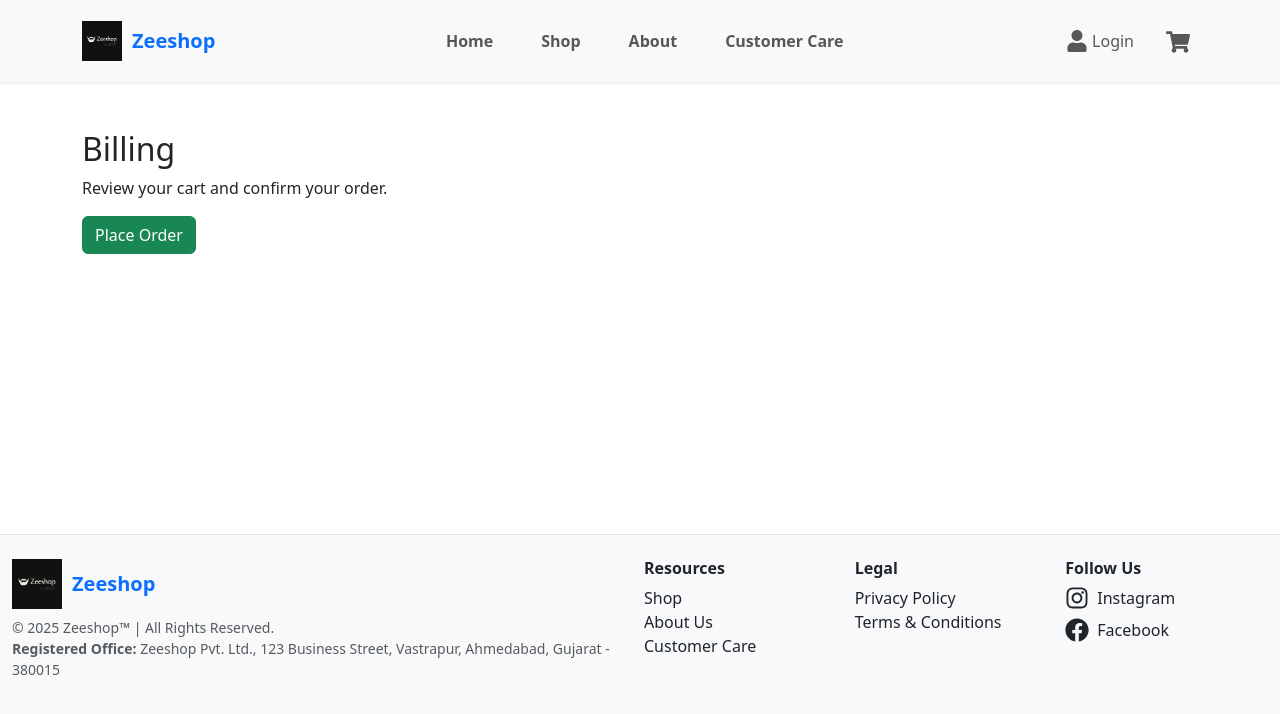
Repository: zeel2306/React-Projects
Page: /billing (app in shop/)
The author's editor kept a copy of each file at every save. The page is drawn from the files as they stood at one save, then again after the next save.
The browser window is 1280 px wide. The pictures show the whole page.
The project was rebuilt for these pictures with package versions that can differ from the ones it lists, and the page was loaded fresh each time. Also part of the build but not shown: shop/src/index.css, shop/src/Components/Login.jsx, shop/src/Components/Slider.jsx, shop/src/Components/Product.jsx, shop/src/Components/About.jsx, shop/src/Components/Customercare.jsx, shop/src/Components/ProductDetail.jsx, shop/src/Components/PrivacyPolicy.jsx and 9 more.

Above is the page before, as saved 2025-08-06 17:38:02.

### shop/src/App.js
// src/App.js
import Footer from './Components/Footer';
import Login from './Components/Login';
import Navbar from './Components/Navbar';
import Slider from './Components/Slider';
import Product from './Components/Product';
import About from './Components/About';
import CustomerCare from './Components/Customercare';
import ProductDetails from './Components/ProductDetail';
import PrivacyPolicy from './Components/PrivacyPolicy';
import TermsAndConditions from './Components/TermsAndConditions';
import StatsSection from "./Components/StatsSection";
import Testimonials from "./Components/Testimonials";
import Cart from './Components/Cart';
import WelcomePopup from "./Components/WelcomePopup";
import Features from './Components/Features';
import Billing from "./Components/Billing";
import AdminDashboard from "./Components/AdminDashboard";
import AdminLogin from "./Components/AdminLogin";
import { AuthProvider } from './Components/AuthContext';
import { CartProvider } from './Components/CartContext';
import { AdminAuthProvider } from './Components/AdminAuthContext';
import { BrowserRouter as Router, Routes, Route } from "react-router-dom";
import BrandSlider from './Components/BrandSlider';

function App() {
  return (
    <AdminAuthProvider>
      <AuthProvider>
        <CartProvider>
          <Router>
            <div className="App d-flex flex-column min-vh-100">
              <Navbar />
              <main className="flex-grow-1 mb-4">
                <Routes>
                  <Route
                    path="/"
                    element={
                      <>
                        <WelcomePopup />
                        <Slider />
                        <StatsSection />
                        <Product />
                        <Features />
                        <Testimonials />
                        <BrandSlider />
                      </>
                    }
                  />
                  <Route path="/shop" element={<Product />} />
                  <Route path="/login" element={<Login />} />
                  <Route path="/cart" element={<Cart />} />
                  <Route path="/about" element={<About />} />
                  <Route path="/customer-care" element={<CustomerCare />} />
                  <Route path="/privacy" element={<PrivacyPolicy />} />
                  <Route path="/product/:id" element={<ProductDetails />} />
                  <Route path="/billing" element={<Billing />} />
                  <Route path="/terms-and-conditions" element={<TermsAndConditions />} />

                  {/* Admin Routes */}
                  <Route path="/admin-login" element={<AdminLogin />} />
                  <Route path="/admin" element={<AdminDashboard />} />
                </Routes>
              </main>
              <Footer />
            </div>
          </Router>
        </CartProvider>
      </AuthProvider>
    </AdminAuthProvider>
  );
}

export default App;

### shop/src/Components/Footer.jsx
import React from "react";
import { Container, Row, Col } from "react-bootstrap";
import { FaFacebook, FaInstagram } from "react-icons/fa";

export default function AppFooter() {
  return (
    <footer className="bg-light text-dark py-4 border-top">
      <Container fluid>
        <Row className="align-items-start gx-2">
          {/* Brand + Address (Wider Column) */}
          <Col md={6} className="mb-3">
            <div className="d-flex align-items-center mb-2">
              <img
                src="/zeeshop-logo.png"
                alt="Zeeshop Logo"
                style={{ height: "50px", width: "50px", marginRight: "10px" }}
              />
              <h5 className="fw-bold text-primary m-0">Zeeshop</h5>
            </div>
            <p className="text-muted small m-0">
              © 2025 Zeeshop™ | All Rights Reserved.
            </p>
            <p className="text-muted small m-0">
              <strong>Registered Office:</strong> Zeeshop Pvt. Ltd., 123 Business Street, Vastrapur, Ahmedabad, Gujarat - 380015
            </p>
          </Col>

          {/* Resources */}
          <Col md={2} className="mb-3">
            <h6 className="fw-bold">Resources</h6>
            <ul className="list-unstyled m-0">
              <li><a href="/" className="text-dark text-decoration-none">Shop</a></li>
              <li><a href="/about" className="text-dark text-decoration-none">About Us</a></li>
              <li><a href="/customer-care" className="text-dark text-decoration-none">Customer Care</a></li>
            </ul>
          </Col>

          {/* Legal */}
          <Col md={2} className="mb-3">
            <h6 className="fw-bold">Legal</h6>
            <ul className="list-unstyled m-0">
              <li><a href="/privacy" className="text-dark text-decoration-none">Privacy Policy</a></li>
              <li><a href="/terms-and-conditions" className="text-dark text-decoration-none">Terms & Conditions</a></li>
            </ul>
          </Col>

          {/* Follow Us */}
          <Col md={2} className="mb-3">
            <h6 className="fw-bold">Follow Us</h6>
            <ul className="list-unstyled m-0">
              <li className="mb-2">
                <a href="https://instagram.com" className="text-dark text-decoration-none d-flex align-items-center">
                  <FaInstagram className="me-2 fs-4" /> <span>Instagram</span>
                </a>
              </li>
              <li>
                <a href="https://facebook.com" className="text-dark text-decoration-none d-flex align-items-center">
                  <FaFacebook className="me-2 fs-4" /> <span>Facebook</span>
                </a>
              </li>
            </ul>
          </Col>


        </Row>
      </Container>
    </footer>
  );
}

### shop/src/Components/Navbar.jsx
import React, { useContext } from "react";
import { Navbar, Nav, Container, Badge } from "react-bootstrap";
import { FaShoppingCart, FaUser } from "react-icons/fa";
import { Link, NavLink, useNavigate } from "react-router-dom";
import { CartContext } from "./CartContext";
import { AuthContext } from "./AuthContext";

export default function AppNavbar() {
  const { cartItems } = useContext(CartContext);
  const { isLoggedIn, user, logout } = useContext(AuthContext);
  const navigate = useNavigate();

  const handleLogout = () => {
    logout();
    navigate("/");
  };

  return (
    <Navbar bg="light" expand="lg" className="shadow-sm py-3">
      <Container>
        {/* Logo (Left) */}
        <Navbar.Brand
          as={Link}
          to="/"
          className="fw-bold text-primary d-flex align-items-center"
        >
          <img
            src="/zeeshop-logo.png"
            alt="Zeeshop Logo"
            style={{ height: "40px", width: "40px", marginRight: "10px" }}
          />
          Zeeshop
        </Navbar.Brand>

        <Navbar.Toggle aria-controls="navbar-nav" />
        <Navbar.Collapse id="navbar-nav">
          <div className="d-flex justify-content-between w-100 align-items-center">
            {/* Center: Nav Links */}
            <Nav className="mx-auto">
              <Nav.Link as={NavLink} to="/" className="mx-3 fw-semibold">
                Home
              </Nav.Link>
              <Nav.Link as={NavLink} to="/shop" className="mx-3 fw-semibold">
                Shop
              </Nav.Link>
              <Nav.Link as={NavLink} to="/about" className="mx-3 fw-semibold">
                About
              </Nav.Link>
              <Nav.Link as={NavLink} to="/customer-care" className="mx-3 fw-semibold">
                Customer Care
              </Nav.Link>
            </Nav>

            {/* Right: User & Cart */}
            <Nav className="d-flex align-items-center">
              {!isLoggedIn ? (
                <Nav.Link
                  as={NavLink}
                  to="/login"
                  className="me-3 d-flex align-items-center"
                >
                  <FaUser size={22} className="me-1" /> Login
                </Nav.Link>
              ) : (
                <>
                  <Nav.Link
                    disabled
                    className="me-3 d-flex align-items-center text-success fw-semibold"
                  >
                    <FaUser size={22} className="me-1" /> Welcome, {user?.name || "User"}
                  </Nav.Link>
                  <Nav.Link
                    onClick={handleLogout}
                    className="me-3 fw-semibold text-danger"
                  >
                    Logout
                  </Nav.Link>
                </>
              )}

              <Nav.Link as={NavLink} to="/cart" className="position-relative">
                <FaShoppingCart size={24} />
                {cartItems.length > 0 && (
                  <Badge
                    bg="danger"
                    pill
                    className="position-absolute top-0 start-100 translate-middle"
                  >
                    {cartItems.length}
                  </Badge>
                )}
              </Nav.Link>
            </Nav>
          </div>
        </Navbar.Collapse>
      </Container>
    </Navbar>
  );
}

### shop/src/Components/Billing.jsx
// src/Components/Billing.jsx
import React, { useContext } from "react";
import { Container, Button } from "react-bootstrap";
import { CartContext } from "./CartContext";
import { useNavigate } from "react-router-dom";

export default function Billing() {
  const { cartItems, clearCart } = useContext(CartContext);
  const navigate = useNavigate();

  const handlePlaceOrder = () => {
    if (cartItems.length === 0) {
      alert("Your cart is empty!");
      return;
    }

    // Get existing orders or empty array
    const existingOrders = JSON.parse(localStorage.getItem("orders")) || [];

    // Create new order
    const newOrder = {
      id: Date.now(),
      items: cartItems,
      date: new Date().toLocaleString(),
      status: "Pending"
    };

    // Save to localStorage
    localStorage.setItem("orders", JSON.stringify([...existingOrders, newOrder]));

    clearCart();
    alert("Order placed successfully!");
    navigate("/");
  };

  return (
    <Container className="py-5">
      <h2>Billing</h2>
      <p>Review your cart and confirm your order.</p>
      <Button variant="success" onClick={handlePlaceOrder}>
        Place Order
      </Button>
    </Container>
  );
}

### shop/src/Components/AuthContext.jsx
// src/Components/AuthContext.jsx
import React, { createContext, useState, useEffect } from "react";

export const AuthContext = createContext();

export function AuthProvider({ children }) {
  const [isLoggedIn, setIsLoggedIn] = useState(false);
  const [user, setUser] = useState(null); // <-- store user info

  useEffect(() => {
    const storedLogin = localStorage.getItem("isLoggedIn");
    const storedUser = localStorage.getItem("user");
    if (storedLogin === "true") {
      setIsLoggedIn(true);
      if (storedUser) setUser(JSON.parse(storedUser));
    }
  }, []);

  useEffect(() => {
    localStorage.setItem("isLoggedIn", isLoggedIn);
    if (user) {
      localStorage.setItem("user", JSON.stringify(user));
    } else {
      localStorage.removeItem("user");
    }
  }, [isLoggedIn, user]);

  const login = (userData) => {
    setIsLoggedIn(true);
    setUser(userData);
  };

  const logout = () => {
    setIsLoggedIn(false);
    setUser(null);
    localStorage.removeItem("isLoggedIn");
    localStorage.removeItem("user");
  };

  return (
    <AuthContext.Provider value={{ isLoggedIn, user, setIsLoggedIn, login, logout }}>
      {children}
    </AuthContext.Provider>
  );
}

### shop/src/Components/CartContext.jsx
// src/Components/CartContext.jsx
import React, { createContext, useState, useEffect } from "react";

export const CartContext = createContext();

export function CartProvider({ children }) {
  // Initialize cart items from localStorage if available
  const [cartItems, setCartItems] = useState(() => {
    const savedItems = localStorage.getItem('cartItems');
    return savedItems ? JSON.parse(savedItems) : [];
  });

  // Save to localStorage whenever cart changes
  useEffect(() => {
    localStorage.setItem('cartItems', JSON.stringify(cartItems));
  }, [cartItems]);

  const addToCart = (product) => {
    setCartItems((prev) => {
      const exists = prev.find((item) => item.id === product.id);
      if (exists) {
        return prev.map((item) =>
          item.id === product.id ? { ...item, qty: (item.qty || 1) + 1 } : item
        );
      }
      return [...prev, { ...product, qty: 1 }];
    });
  };

  const removeFromCart = (id) => {
    setCartItems((prev) => prev.filter((item) => item.id !== id));
  };

  const updateQuantity = (id, quantity) => {
    setCartItems((prev) =>
      prev.map((item) =>
        item.id === id ? { ...item, qty: Math.max(1, quantity) } : item
      )
    );
  };

  const clearCart = () => {
    setCartItems([]);
  };

  return (
    <CartContext.Provider value={{
      cartItems,
      addToCart,
      removeFromCart,
      updateQuantity,
      clearCart
    }}>
      {children}
    </CartContext.Provider>
  );
}

### shop/src/Components/AdminAuthContext.jsx
// src/Components/AdminAuthContext.jsx
import React, { createContext, useState, useEffect } from "react";

export const AdminAuthContext = createContext();

export function AdminAuthProvider({ children }) {
  const [isAdminLoggedIn, setIsAdminLoggedIn] = useState(false);

  useEffect(() => {
    const stored = localStorage.getItem("isAdminLoggedIn");
    if (stored === "true") setIsAdminLoggedIn(true);
  }, []);

  const adminLogin = (username, password) => {
    // Simple hardcoded login (can replace with API later)
    if (username === "admin" && password === "admin123") {
      setIsAdminLoggedIn(true);
      localStorage.setItem("isAdminLoggedIn", "true");
      return true;
    }
    return false;
  };

  const adminLogout = () => {
    setIsAdminLoggedIn(false);
    localStorage.removeItem("isAdminLoggedIn");
  };

  return (
    <AdminAuthContext.Provider value={{ isAdminLoggedIn, adminLogin, adminLogout }}>
      {children}
    </AdminAuthContext.Provider>
  );
}

### shop/src/Components/CheckoutForm.jsx
// src/Components/CheckoutForm.jsx
import React, { useState } from "react";

export default function CheckoutForm({ onSubmit }) {
  const [formData, setFormData] = useState({
    name: "",
    email: "",
    phone: "",
    address: "",
  });

  const handleChange = (e) => {
    setFormData({ ...formData, [e.target.name]: e.target.value });
  };

  const handleSubmit = (e) => {
    e.preventDefault();
    onSubmit(formData); // Pass data to parent
  };

  return (
    <form onSubmit={handleSubmit} className="checkout-form">
      <h2>Billing Details</h2>
      <input
        type="text"
        name="name"
        placeholder="Full Name"
        value={formData.name}
        onChange={handleChange}
        required
      />
      <input
        type="email"
        name="email"
        placeholder="Email Address"
        value={formData.email}
        onChange={handleChange}
        required
      />
      <input
        type="tel"
        name="phone"
        placeholder="Phone Number"
        value={formData.phone}
        onChange={handleChange}
        required
      />
      <textarea
        name="address"
        placeholder="Delivery Address"
        value={formData.address}
        onChange={handleChange}
        required
      />
      <button type="submit">Place Order</button>
    </form>
  );
}

Loaded but not shown: shop/public/index.html (common file); shop/src/index.js (common file); shop/src/reportWebVitals.js (common file)

After the next save:
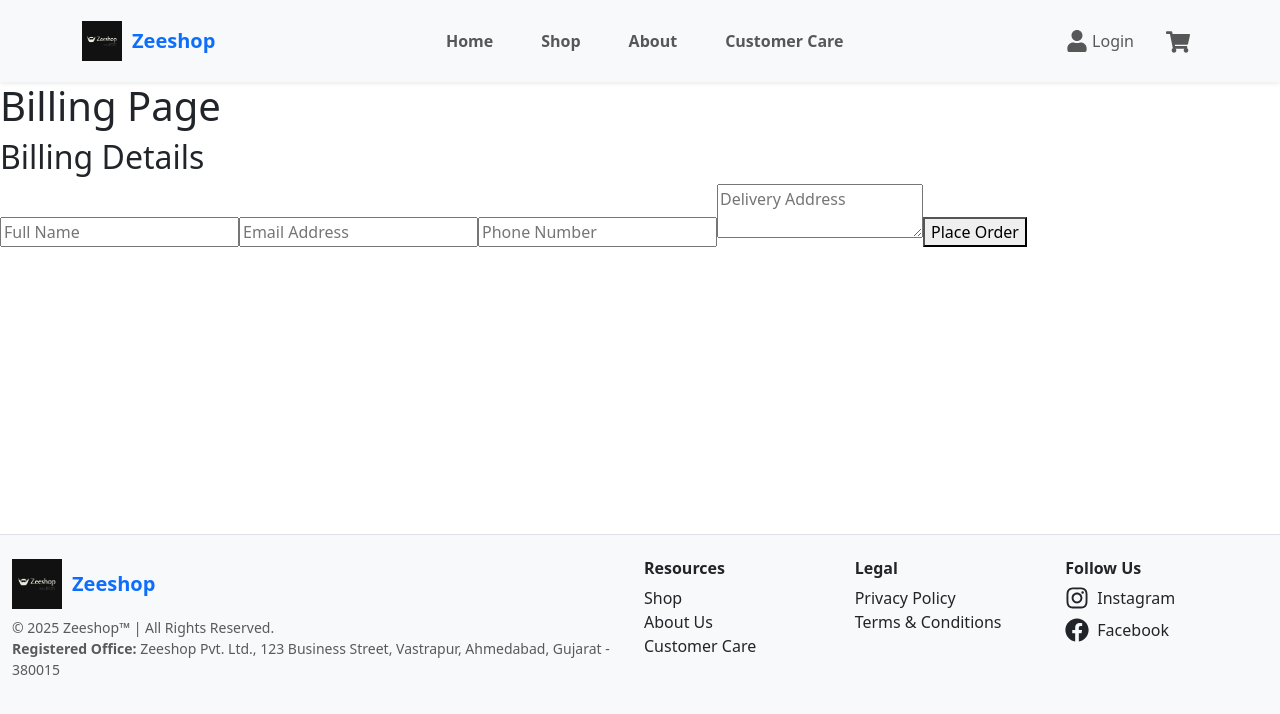
Saved 19 s later.
--- a/shop/src/Components/Billing.jsx
+++ b/shop/src/Components/Billing.jsx
@@ -1,45 +1,19 @@
-// src/Components/Billing.jsx
-import React, { useContext } from "react";
-import { Container, Button } from "react-bootstrap";
-import { CartContext } from "./CartContext";
-import { useNavigate } from "react-router-dom";
+// src/Components/BillingPage.jsx
+import React from "react";
+import CheckoutForm from "./CheckoutForm";
 
-export default function Billing() {
-  const { cartItems, clearCart } = useContext(CartContext);
-  const navigate = useNavigate();
-
-  const handlePlaceOrder = () => {
-    if (cartItems.length === 0) {
-      alert("Your cart is empty!");
-      return;
-    }
-
-    // Get existing orders or empty array
-    const existingOrders = JSON.parse(localStorage.getItem("orders")) || [];
-
-    // Create new order
-    const newOrder = {
-      id: Date.now(),
-      items: cartItems,
-      date: new Date().toLocaleString(),
-      status: "Pending"
-    };
-
-    // Save to localStorage
-    localStorage.setItem("orders", JSON.stringify([...existingOrders, newOrder]));
-
-    clearCart();
+export default function BillingPage() {
+  const handleOrderSubmit = (formData) => {
+    console.log("Order Data:", formData);
     alert("Order placed successfully!");
-    navigate("/");
+    // Later: Send data to backend API using fetch/axios
+    // axios.post('/api/orders', formData)
   };
 
   return (
-    <Container className="py-5">
-      <h2>Billing</h2>
-      <p>Review your cart and confirm your order.</p>
-      <Button variant="success" onClick={handlePlaceOrder}>
-        Place Order
-      </Button>
-    </Container>
+    <div className="billing-page">
+      <h1>Billing Page</h1>
+      <CheckoutForm onSubmit={handleOrderSubmit} />
+    </div>
   );
 }
